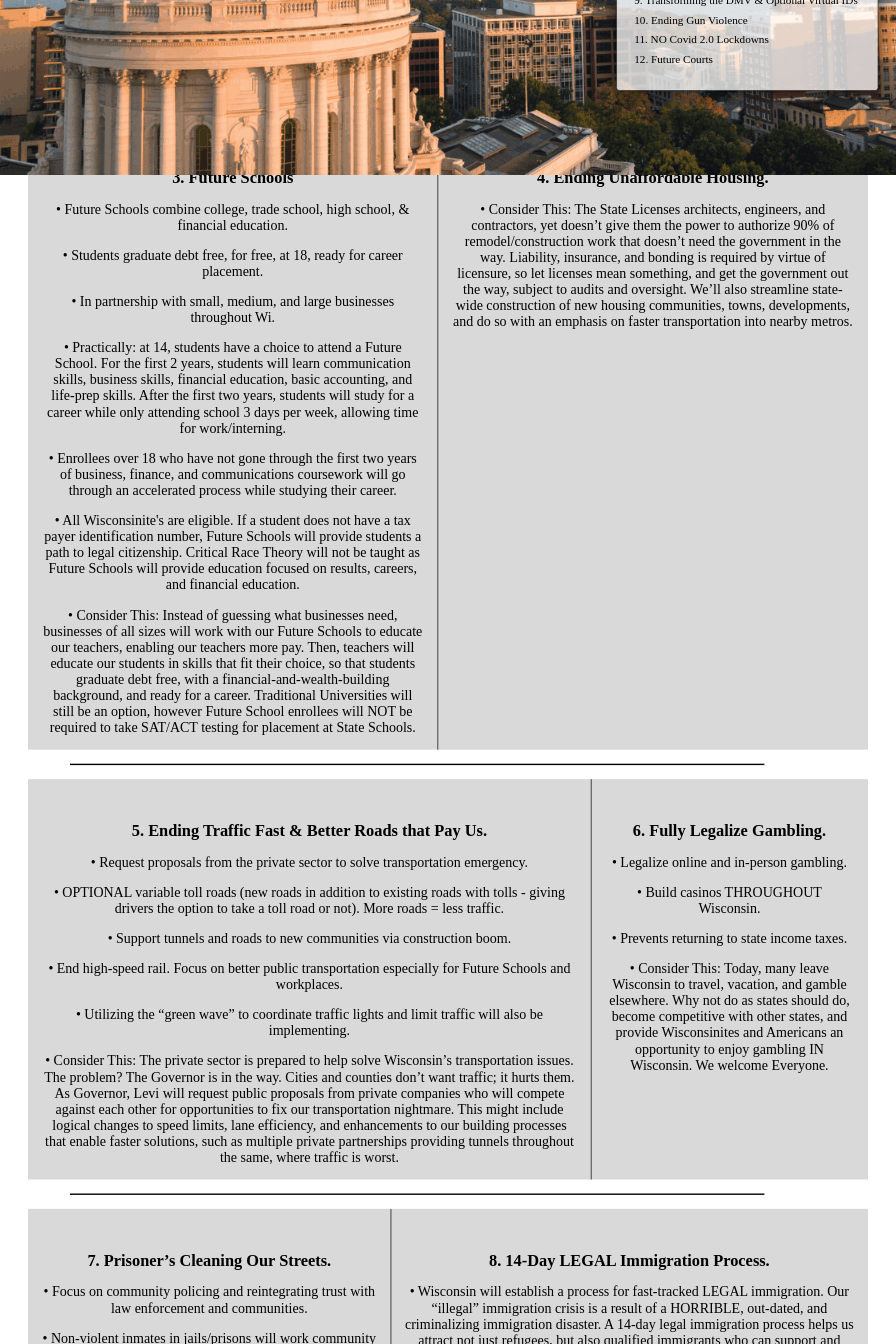
Repository: LeviCB/LeviCB.github.io
Page: index.html
The author's editor kept a record of every edit. The page is drawn from the files as they stood at one moment, then again after the next edit.
The browser window is 1280 px wide. The pictures show the part of the page from y = 470 to 2390 px (the page is 3982 px tall before and 4000 px after), at 70% of full size.
Some web fonts or font styles are not loaded; a fallback is used. Some web libraries are served in a nearby version.

Above is the page before.
Console error: SyntaxError: Identifier 'head' has already been declared

After the next edit:
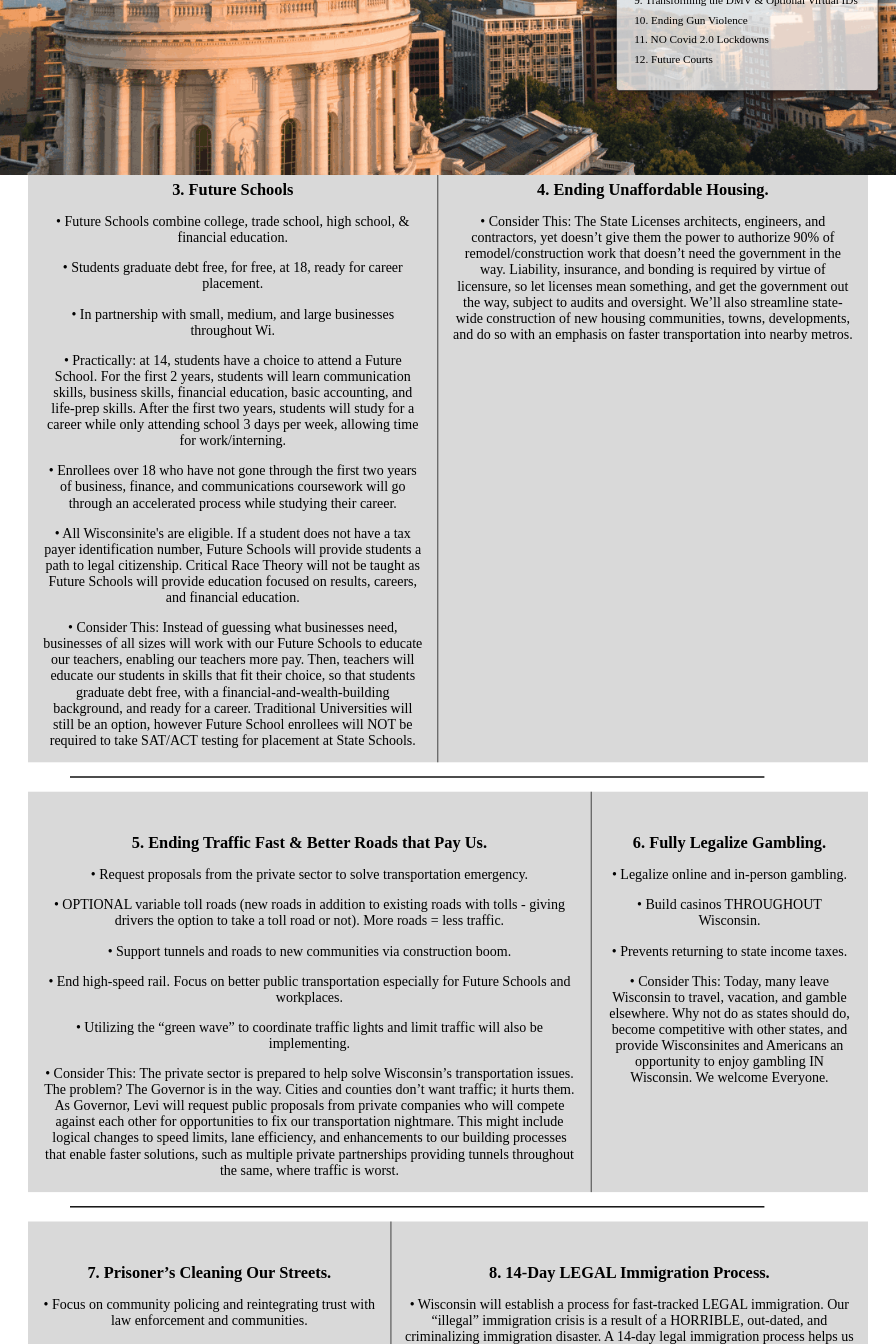
The edit:
--- a/index.html
+++ b/index.html
@@ -51,6 +51,7 @@
   </div>
   </div>
   <content>
+    /*for mobile and laptop only*/
     <div class="buttons">
       <ul class="social-buttons">
         <li><a href="#"><i class="fab fa-facebook fa-lg"></i></a></li>
